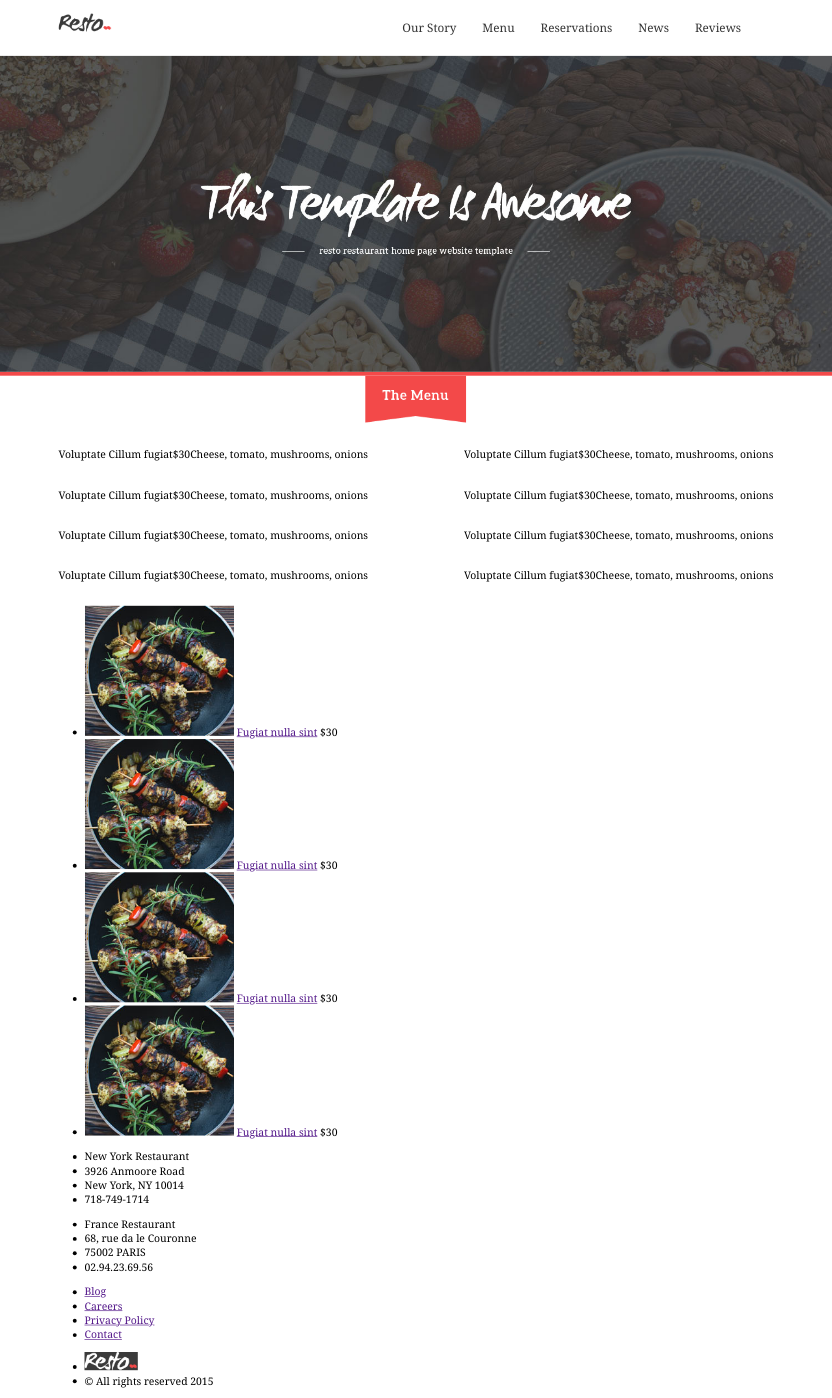
Repository: Piterwk1/psd-to-wordpress
Page: index.html
These files come from the project's save history. The page is drawn as it stood at one moment and after the next save; the edit follows.
The browser window is 1280 px wide. The pictures show the whole page, at 65% of full size.

Above is the page before, as saved 2021-09-23 02:43:28.

### index.html
<html lang="en">

<head>
    <meta charset="UTF-8">
    <meta http-equiv="X-UA-Compatible" content="IE=edge">
    <meta name="viewport" content="width=device-width, initial-scale=1.0">
    <title>Resto</title>
    <link rel="stylesheet" href="style.css">
</head>

<body>

    <header>
        <div class="wrapper" id="headerWrapper">
            <h1 class="logo">Rest</h1>
            <nav>
                <h2>Main Navigation</h2>
                <ul>
                    <li><a href="">Our Story</a></li>
                    <li><a href="">Menu</a></li>
                    <li><a href="">Reservations</a></li>
                    <li><a href="">News</a></li>
                    <li><a href="">Reviews</a></li>
                </ul>
            </nav>
        </div>
    </header>

    <!-- start homepage content -->

    <div id="main-banner">
        <img src="images/banner.jpg" alt="Welcome to Resto">
    </div>

    <div class="wrapper">
        <section id="home-menu">
            <h2>Menu</h2>
            <ul>
                <li>
                    <span class="dish">Voluptate Cillum fugiat</span>
                    <span class="price">$30</span>
                    <span class="description">Cheese, tomato, mushrooms, onions</span>
                </li>
                <li>
                    <span class="dish">Voluptate Cillum fugiat</span>
                    <span class="price">$30</span>
                    <span class="description">Cheese, tomato, mushrooms, onions</span>
                </li>
                <li>
                    <span class="dish">Voluptate Cillum fugiat</span>
                    <span class="price">$30</span>
                    <span class="description">Cheese, tomato, mushrooms, onions</span>
                </li>
                <li>
                    <span class="dish">Voluptate Cillum fugiat</span>
                    <span class="price">$30</span>
                    <span class="description">Cheese, tomato, mushrooms, onions</span>
                </li>
                <li>
                    <span class="dish">Voluptate Cillum fugiat</span>
                    <span class="price">$30</span>
                    <span class="description">Cheese, tomato, mushrooms, onions</span>
                </li>
                <li>
                    <span class="dish">Voluptate Cillum fugiat</span>
                    <span class="price">$30</span>
                    <span class="description">Cheese, tomato, mushrooms, onions</span>
                </li>
                <li>
                    <span class="dish">Voluptate Cillum fugiat</span>
                    <span class="price">$30</span>
                    <span class="description">Cheese, tomato, mushrooms, onions</span>
                </li>
                <li>
                    <span class="dish">Voluptate Cillum fugiat</span>
                    <span class="price">$30</span>
                    <span class="description">Cheese, tomato, mushrooms, onions</span>
                </li>
            </ul>
        </section>

        <section id="featured">
            <ul>
                <li>
                    <img src="images/thumb-1.jpg">
                    <a href="">Fugiat nulla sint</a>
                    <span>$30</span>
                    <span class="rating"></span>
                </li>
                <li>
                    <img src="images/thumb-1.jpg">
                    <a href="">Fugiat nulla sint</a>
                    <span>$30</span>
                    <span class="rating"></span>
                </li>
                <li>
                    <img src="images/thumb-1.jpg">
                    <a href="">Fugiat nulla sint</a>
                    <span>$30</span>
                    <span class="rating"></span>
                </li>
                <li>
                    <img src="images/thumb-1.jpg">
                    <a href="">Fugiat nulla sint</a>
                    <span>$30</span>
                    <span class="rating"></span>
                </li>
            </ul>
        </section>
    </div>

    <!-- end homepage content -->

    <footer>
        <div class="wrapper">
            <ul>
                <li>New York Restaurant</li>
                <li>3926 Anmoore Road</li>
                <li>New York, NY 10014</li>
                <li>718-749-1714</li>
            </ul>
            <ul>
                <li>France Restaurant</li>
                <li>68, rue da le Couronne</li>
                <li>75002 PARIS</li>
                <li>02.94.23.69.56</li>
            </ul>
            <ul>
                <li><a href="">Blog</a></li>
                <li><a href="">Careers</a></li>
                <li><a href="">Privacy Policy</a></li>
                <li><a href="">Contact</a></li>
            </ul>
            <ul>
                <li><img src="images/white-logo.png" alt="logo"></li>
                <li>&copy; All rights reserved 2015</li>

            </ul>
        </div>
    </footer>
</body>

</html>

### style.css
body {
    font-family: Georgia, 'Times New Roman', Times, serif;
    margin: 0;
}

.wrapper {
    width: 100%;
    /* max-width: 960px; */
    max-width: 1100px;
    padding: 0 10px;
    margin:  0 auto;
}

h1.logo {
    background-image: url(images/logo.png);
    background-repeat: no-repeat;
    width: 100px;
    text-indent: -10000px;
}

#headerWrapper {
    display: flex;
    justify-content: space-between;
    width: 100%;
}

nav {

  margin-right: 10px;

}

#headerWrapper nav h2 {
    text-indent: -100000px;
    height: 0;
    margin: 0;
}

#headerWrapper nav ul {
   display: flex;
   justify-content: space-evenly;
   list-style-type:  none;
   margin: 10px 20px;
}
#headerWrapper nav li {

   margin: 20px 20px;
}
#headerWrapper nav li a{
   text-decoration: none;
   color: #333;
   font-size: 18px;
}
#headerWrapper nav li a:hover{
   color: blue;
}

#main-banner, #main-banner img{
    width: 100%;
}

#main-banner img {
    border-bottom: 6px solid #f34949;
}

#home-menu h2 {
    background-image: url(images/menu-head.png);
    background-repeat: no-repeat;
    width: 156px;
    height: 74px;
    text-indent: -10000px;
    margin: 0 auto;
}

#home-menu ul {
    display: flex;
    flex-wrap: wrap;
    justify-content: space-between;
   padding: 0;
   list-style: none;
}
#home-menu li {
    display: flex;
    flex-wrap: wrap;
   margin: 20px 0 20px 0;
}

/* .dish */

.price {
    /* align-self: flex-end; */
}

After the next save:
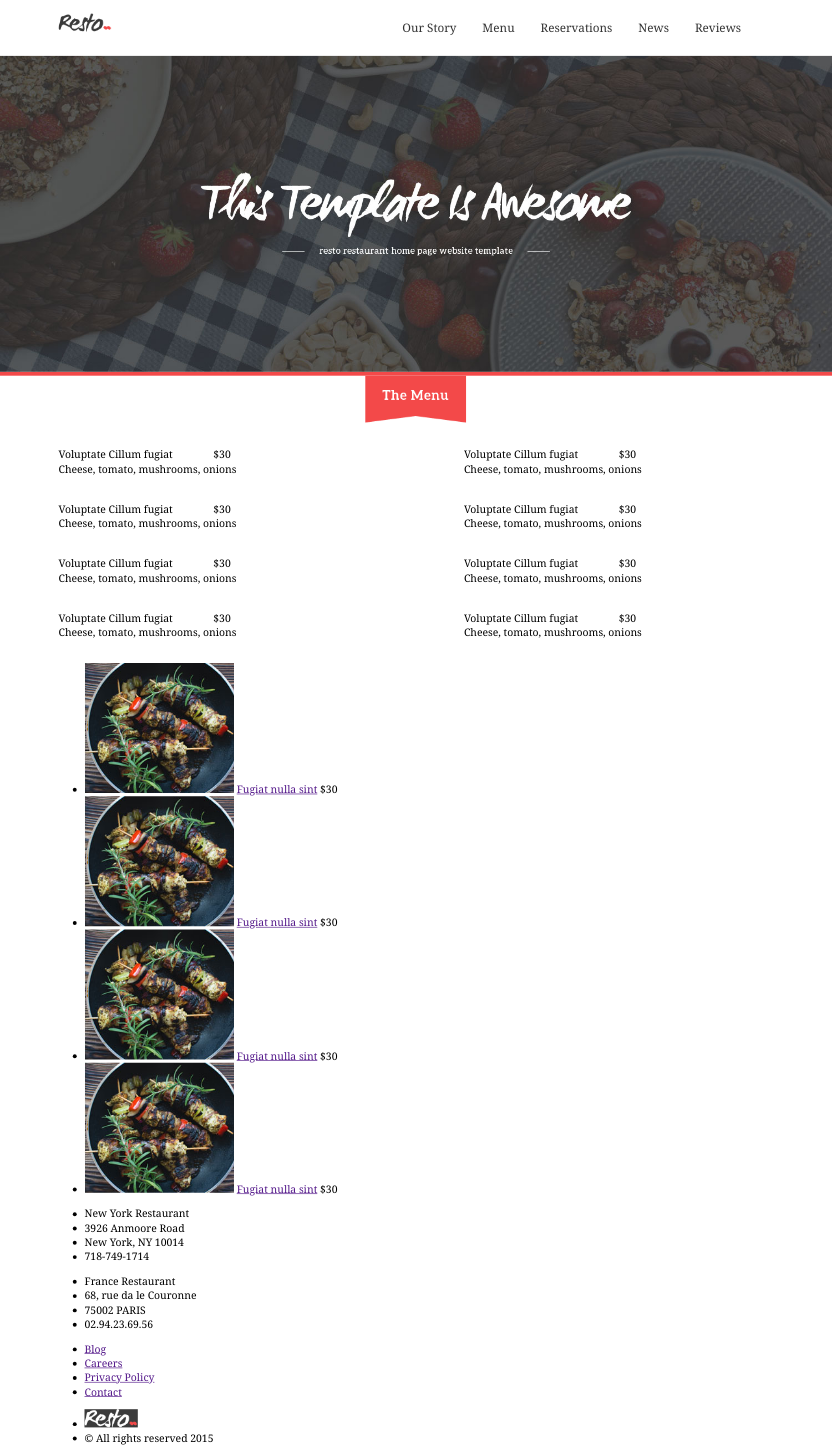
Saved 29 s later.
--- a/style.css
+++ b/style.css
@@ -85,7 +85,9 @@ nav {
    margin: 20px 0 20px 0;
 }
 
-/* .dish */
+.dish{
+    width: 50%;
+}
 
 .price {
     /* align-self: flex-end; */
